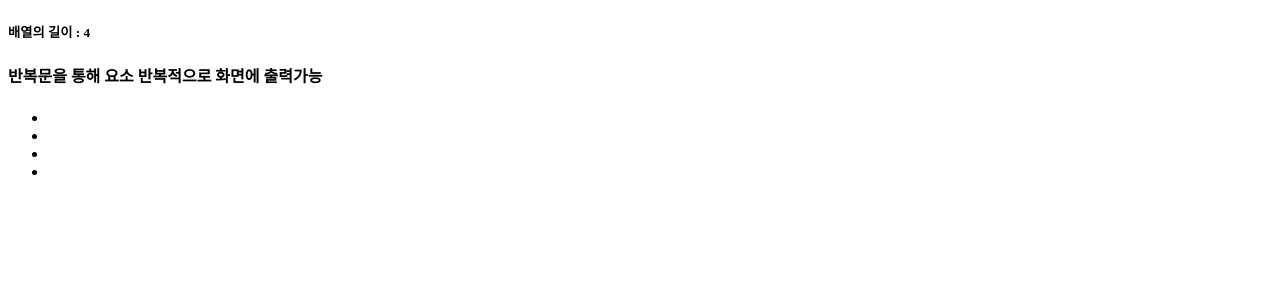
Repository: pje00427/webserver_workspace1
Page: http://localhost/2_JSP/views/01_ScriptingElement.jsp
These files come from the project's save history. The page is drawn as it stood at one moment and after the next save; the edit follows.
The browser window is 1280 px wide. The pictures show the whole page.
The page is served by Tomcat 9.

Above is the page before, as saved 2020-08-31 01:44:52.

### 2_JSP/WebContent/views/01_ScriptingElement.jsp
<%@ page language="java" contentType="text/html; charset=UTF-8"
    pageEncoding="UTF-8"%>
<!DOCTYPE html>
<html>
<head>
<meta charset="UTF-8">
<title>Insert title here</title>
</head>
<body>
	<!-- HTML 주석 : 개발자도구 탭에 노출됨 -->
	<%-- JSP 주석 : 개발자도구 탭에 노출 안됨 --%>
	<%--
	<% // 스크립틀릿 : 이안에 일반적인 자바 코드 작성가능 (변수 선언 및 초기화 제어문 등등 ..)
		int sum = 0;

		for(int i=1; 1<=100; i++){
			sum += i;
		}

		//System.out.println("덧셈끝! 결과 : " + sum);
	%>*/

	<p>
		화면으로 출력하고자 한다면 <br>
		스크립틀릿이용해서 출력 가능  : <% out.println(sum); %>
		표현식(출력식)으로 출력 가능 : <%= sum %>
	</p>
	--%>

	<%
		String[] name = {"김말똥", "홍길동", "이순신", "강개순"};
	%>

	<h5>배열의 길이 : <%= name.length %></h5>
	<h4>반복문을 통해 요소 반복적으로 화면에 출력가능</h4>

	<ul>
		<% for(int i=0; i<name.length; i++){ %>
			<li></li>
		<%} %>
	</ul>
</body>
</html>

After the next save:
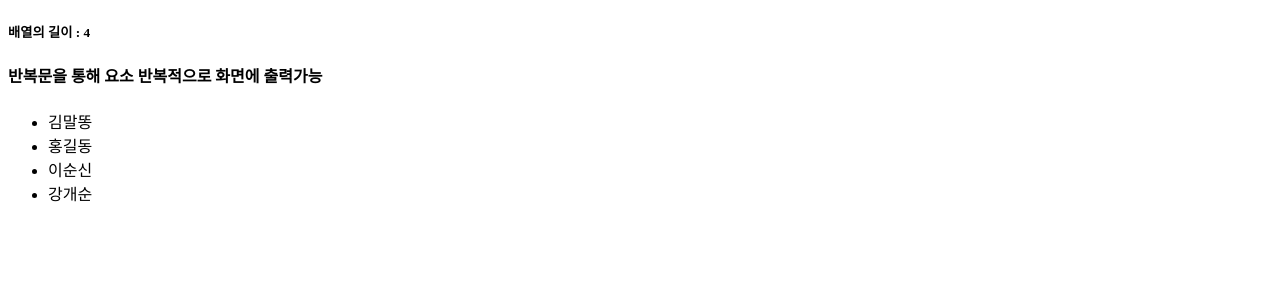
Saved 68 s later.
--- a/2_JSP/WebContent/views/01_ScriptingElement.jsp
+++ b/2_JSP/WebContent/views/01_ScriptingElement.jsp
@@ -36,7 +36,7 @@
 
 	<ul>
 		<% for(int i=0; i<name.length; i++){ %>
-			<li></li>
+			<li><%= name[i] %></li>
 		<%} %>
 	</ul>
 </body>
